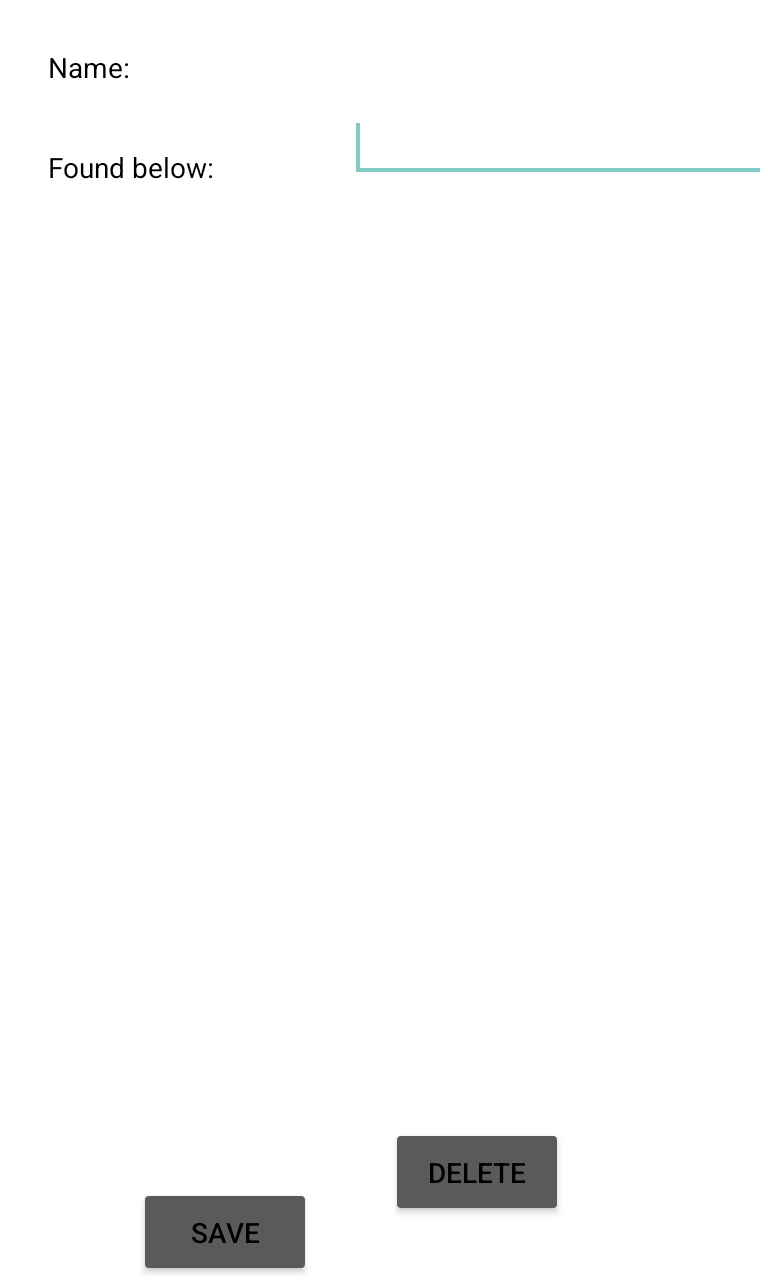
Repository: qfornaguera/AppQuelogy
Layout: AppQueology/res/layout/activity_artifact.xml
An editor plug-in stored every save of this project. The layout is shown before and after the next save, followed by the edit.
It is drawn on a 768 x 1280 px phone screen (xhdpi) without system bars, with theme Theme.AppCompat; the app's code is not run.

Above is the layout before, as saved 2014-04-18 18:24:52.

After the next save:
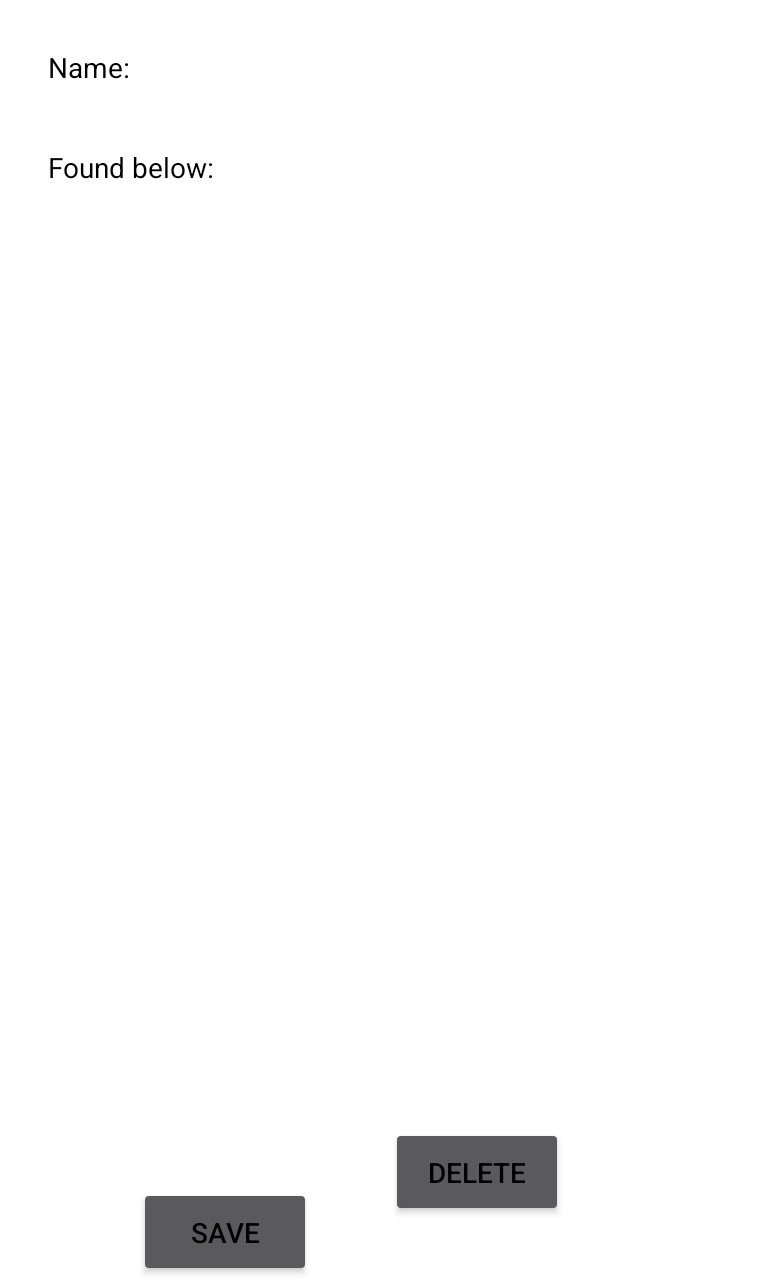
Saved 103 s later.
--- a/AppQueology/res/layout/activity_artifact.xml
+++ b/AppQueology/res/layout/activity_artifact.xml
@@ -54,10 +54,8 @@
         android:layout_height="wrap_content"
         android:layout_alignBottom="@+id/textView2"
         android:layout_alignParentRight="true"
-        android:ems="10" >
+        android:ems="10" />
 
-        <requestFocus />
-    </EditText>
 
     <EditText
         android:id="@+id/editText1"
